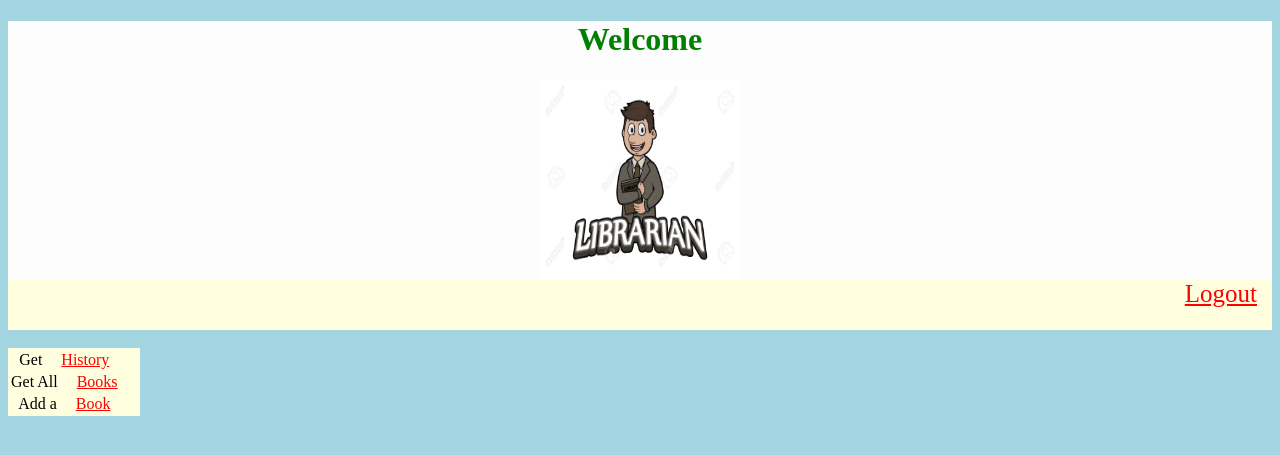
Repository: prashantvadlamani/Library-Management-System
Page: http://localhost/project/librarian.jsp
The author's editor kept a copy of each file at every save. The page is drawn from the files as they stood at one save, then again after the next save.
The browser window is 1280 px wide. The pictures show the whole page.
The page is served by Tomcat 9. Other server files are loaded and not shown.

Above is the page before, as saved 2018-08-23 06:06:06.

### project/WebContent/librarian.jsp
<%@ page language="java" contentType="text/html; charset=ISO-8859-1"
    pageEncoding="ISO-8859-1"%>
<%@page import="java.util.*"%>
<%@page import="model.*"%>
<!DOCTYPE html PUBLIC "-//W3C//DTD HTML 4.01 Transitional//EN" "http://www.w3.org/TR/html4/loose.dtd">
<html>
<head>
<meta http-equiv="Content-Type" content="text/html; charset=ISO-8859-1">
<title>Librarian</title>
<style>
	h1{
		text-align:center;
		color: green;
	}

	a{
		color: red;
		padding: 15px;
	}
	body{
		background-color: #a3d6e0;
	}
	img{
		width:200px;
		height: 200px;
	}
	.center {
    display: block;
    margin-left: auto;
    margin-right: auto;
	}
	table{
		background-color: lightyellow;
		text-align: center;
	}
</style>
</head>
<body>
	<header style="background-color:#fdfdfd;">
	   <h1>Welcome</h1>
	   <span><img src="images/librarianlogo.jpg" class="center"></img></span>
  </header>
	<div style="text-align:right;background-color: lightyellow;height: 50px;font-size: 25px;"><a href="logout" >Logout</a></div>
	<br>
	<table>
		<tr>
			<td>Get <a href="libhistory">History</a></td>
		</tr>
		<tr>
			<td>Get All <a href="librarianServlet">Books</a></td>
		</tr>
		<tr>
			<td>Add a <a href="add">Book</a><td>
	</tr>
	</table>

</body>
</html>

After the next save:
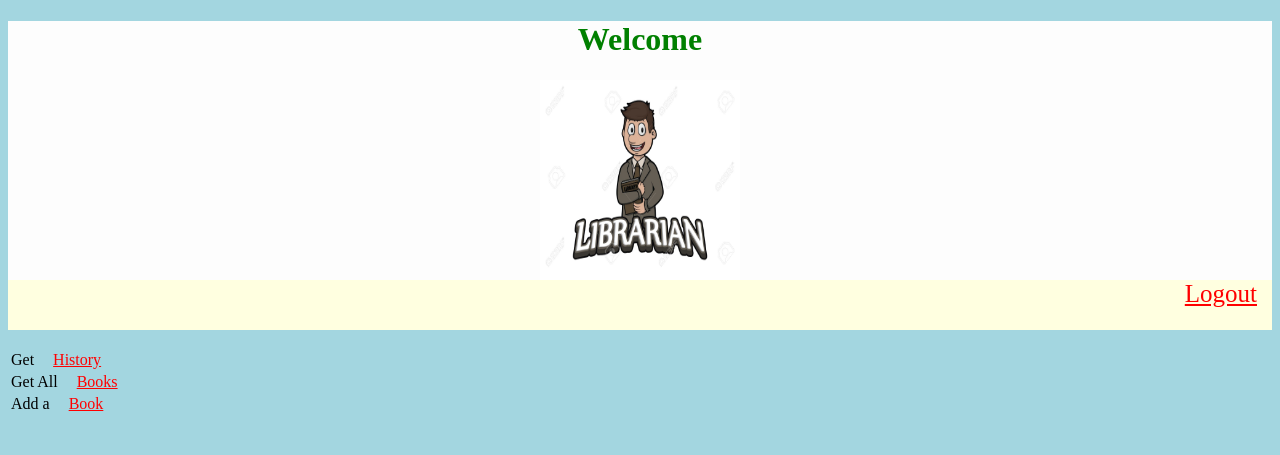
Saved 32 s later.
--- a/project/WebContent/librarian.jsp
+++ b/project/WebContent/librarian.jsp
@@ -29,7 +29,7 @@
     margin-left: auto;
     margin-right: auto;
 	}
-	table{
+	div table{
 		background-color: lightyellow;
 		text-align: center;
 	}

After the save that followed:
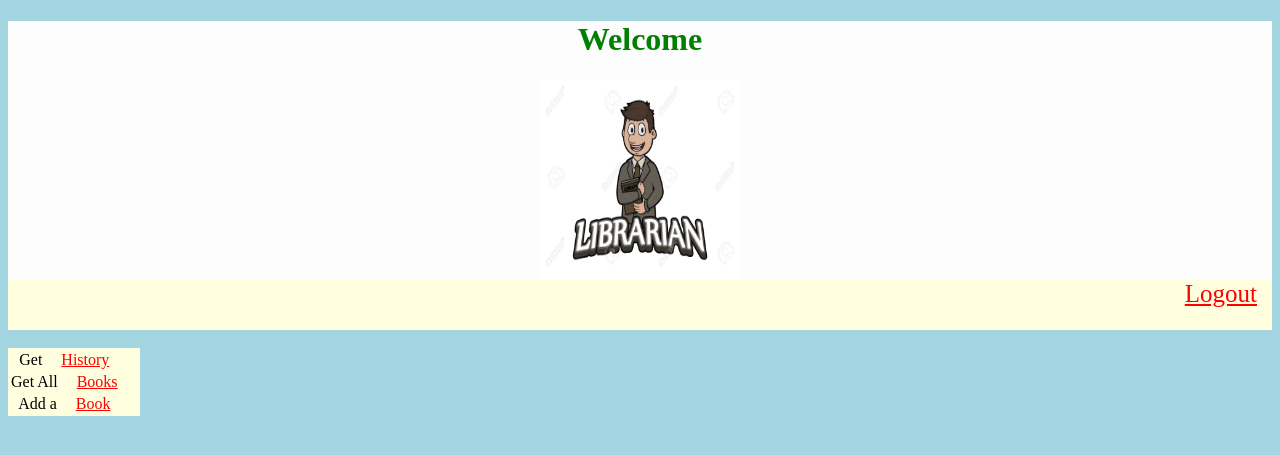
Saved 10 s later.
--- a/project/WebContent/librarian.jsp
+++ b/project/WebContent/librarian.jsp
@@ -42,6 +42,7 @@
   </header>
 	<div style="text-align:right;background-color: lightyellow;height: 50px;font-size: 25px;"><a href="logout" >Logout</a></div>
 	<br>
+	<div>
 	<table>
 		<tr>
 			<td>Get <a href="libhistory">History</a></td>
@@ -53,6 +54,6 @@
 			<td>Add a <a href="add">Book</a><td>
 	</tr>
 	</table>
-
+	</div>
 </body>
 </html>
